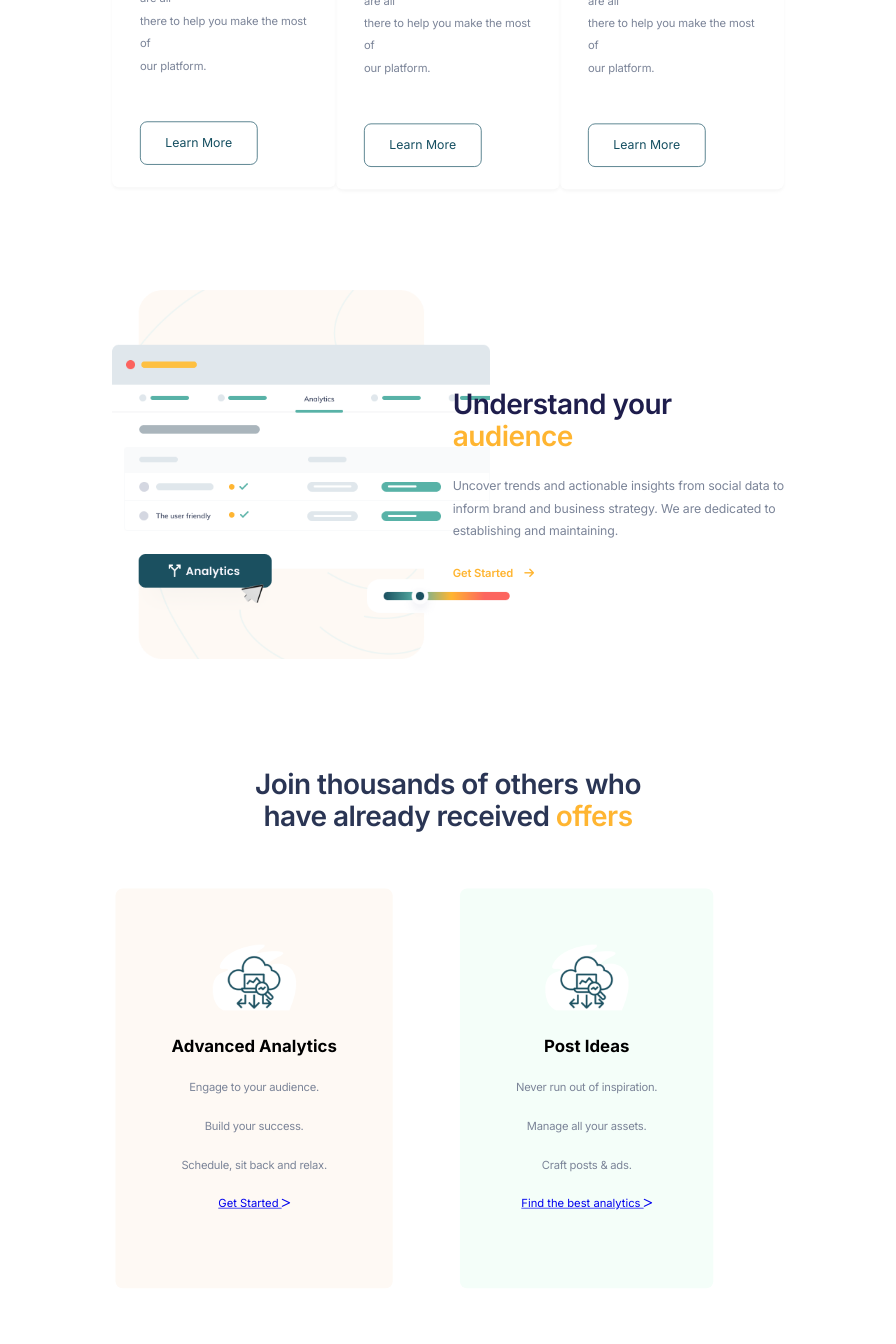
Repository: badhon252/Clickbay
Page: index.html
An editor plug-in stored every save of this project. The page is shown before and after the next save, followed by the edit.
The browser window is 1280 px wide. The pictures show the part of the page from y = 1779 to 3699 px (the page is 3699 px tall before and 3667 px after), at 70% of full size.
The style sheet was rebuilt from its Sass, Less or Tailwind sources for each picture, by a compiler version that may differ from the author's.

Above is the page before, as saved 2022-09-05 03:24:41.

### index.html
<!DOCTYPE html>
<html lang="en">

<head>
    <meta charset="UTF-8">
    <meta http-equiv="X-UA-Compatible" content="IE=edge">
    <meta name="viewport" content="width=device-width, initial-scale=1.0">
    <!-- fontawesome cdn  -->
    <link rel="stylesheet" href="https://cdnjs.cloudflare.com/ajax/libs/font-awesome/6.2.0/css/all.min.css">
    <link rel="stylesheet" href="./scss/style.css">
    <title>Clickbay</title>
</head>

<body>
    <header class="">
        <img src="./images/Group 676.svg" alt="" class="header-img">
        <div class="container">


            <nav class="navbar">
                <div class="navbar_brand">
                    <img src="./images/logo.svg" alt="Image not found!">
                </div>

                <ul class="nav">
                    <li class="nav-items"><a href="" class="nav-links">Solutions</a></li>
                    <li class="nav-items"><a href="" class="nav-links">Company</a></li>
                    <li class="nav-items"><a href="" class="nav-links">Platform</a></li>
                </ul>

                <div class="nav-btns">
                    <button class="btn nav-log">Log in</button>
                    <button class="btn nav-start">Get Started</button>
                </div>
            </nav>

            <div class="header-content">
                <h1 class="h1 my-4 text-center">
                    Perfect media with <br> perfect Partner , we!!
                </h1>
                <img src="./images/Vector 735.png" alt="" class="signature text-center">
                <p class="text-center">Collaborate with your clients and teams to plan, post, and measure.</p>

                <div class="company-stat">
                    <div class="row">
                        <div class="col-md-4">
                            <img src="./images/Group 689.png" class="" alt="">
                        </div>
                        <div class="col-md-4 subscriber">
                            <span class="">+99</span>
                            <div>
                                <h2>People subscribed today</h2>
                                <img src="./images/Group 678.png" alt="">
                            </div>
                        </div>
                        <div class="col-md-4 follow">
                            <div class="follower">

                                <img src="./images/Group 1037.svg" alt="">
                                <div>
                                    <h3>2.938</h3>
                                    <p>Followers gained after this post</p>
                                </div>
                            </div>
                            <div class="following">
                                <img src="./images/Group 1041.svg" alt="">
                            </div>
                        </div>
                    </div>
                </div>

                <img src="./images/Group 933.png" alt="" class="group-933">

            </div>
        </div>
    </header>

    <section class="second_section container">
        <h2 class="h2 my-3">
            Streamline your social media <br> management <span> workflow.</span>
        </h2>
        <div class="row">

            <div class="card">
                <img src="./images/Show.svg" class="my-1" alt="">
                <h3 class="my-1">Post review</h3>
                <p class="my-1">Regular training webinars, live chat, <br> and a library of how-to articles are all<br>
                    there to help
                    you make
                    the most of<br> our platform.</p><button class="btn">
                    <a href="#">Learn More</a>
                </button>
            </div>

            <div class="card">
                <img src="./images/Category.svg" class="my-1" alt="">
                <h3 class="my-1">Smart Queues</h3>
                <p class="my-1">Regular training webinars, live chat, <br> and a library of how-to articles are all<br>
                    there to help
                    you make
                    the most of<br> our platform.</p><button class="btn">
                    <a href="#">Learn More</a>
                </button>
            </div>

            <div class="card">
                <img src="./images/Chart.svg" class="my-1" alt="">
                <h3 class="my-1">Smart Queues</h3>
                <p class="my-1">Regular training webinars, live chat, <br> and a library of how-to articles are all<br>
                    there to help
                    you make
                    the most of<br> our platform.</p><button class="btn">
                    <a href="#">Learn More</a>
                </button>
            </div>

        </div>

    </section>

    <section class="third_section container">
        <div class="row my-5">
            <div class="col-md-6"><img src="./images/Group 703.png" alt=""></div>
            <div class="col-md-6 third_section_texts">
                <h2 class="my-2">Understand your <br> <span> audience</span> </h2>
                <p>Uncover trends and actionable insights from social data to <br>inform brand and business strategy.
                    We are
                    dedicated to
                    <br>establishing and maintaining.
                </p>
                <div class="my-2">
                    <a href="#">Get Started<i class="fa-solid fa-arrow-right"></i></a>
                </div>
            </div>
        </div>
    </section>

    <section class="fourth_section container">
        <h1 class="my-3">Join thousands of others who <br> have already received <span> offers</span> </h1>
        <div class="row my-5">
            <div class="col-md-6 card analytics">
                <img src="./images/Group 951.png" alt="">
                <h2 class="my-2">
                    Advanced Analytics
                </h2>
                <p class="my-2">Engage to your audience.</p>
                <p class="my-2">Build your success.</p>
                <p class="my-2">Schedule, sit back and relax.</p>

                <div class="my-2">
                    <a href="#">Get Started <i class="fa-regular fa-greater-than"></i></a>
                </div>
            </div>
            <div class="col-md-6 card ideas">
                <img src="./images/Group 951.png" alt="">
                <h2 class="my-2">
                    Post Ideas
                </h2>
                <p class="my-2">Never run out of inspiration.</p>
                <p class="my-2">Manage all your assets.</p>
                <p class="my-2">Craft posts & ads.</p>

                <div class="my-2">
                    <a href="#">Find the best analytics <i class="fa-regular fa-greater-than"></i></a>
                </div>
            </div>
        </div>
    </section>
</body>

</html>

### scss/style.scss
@import url("https://fonts.googleapis.com/css2?family=Inter:wght@400;600;700;800;900&display=swap");
* {
  margin: 0;
  padding: 0;
  box-sizing: border-box;
  font-family: "Inter", sans-serif;
  // font-family: 'Poppins';
}
.container {
  margin: 0 10rem;
}
.btn {
  outline: none;
  border: none;
  padding: 15px 30px;
  font-size: 1rem;
  background-color: transparent;
  cursor: pointer;
}
.h1 {
  font-size: 4rem;
}
.text-center {
  text-align: center;
}
// margin
.my-1 {
  margin: 1rem 0;
}
.my-2 {
  margin: 2rem 0;
}
.my-3 {
  margin: 3rem 0;
}
.my-4 {
  margin: 4rem 0;
}
.my-5 {
  margin: 5rem 0;
}

span {
  color: #ffb531;
}
// grid system using flex
.row {
  display: flex;
  justify-content: space-between;
  max-width: 100%;
  .col-md-6 {
    max-width: 50%;
  }
}
//==============================
//===================
//==============================

header {
  .row {
    display: flex;
    justify-content: space-evenly;
    align-items: center;
  }
  background-color: #fdf9f4;
  min-height: 100vh;
  position: relative;
  overflow: hidden;

  .header-img {
    position: absolute;
    bottom: 0;
    right: 0;
    z-index: 1;
    width: 100%;
  }
  .navbar {
    color: #282b4d;
    padding: 2rem 0;
    display: flex;
    justify-content: space-between;
    align-items: center;
    font-weight: 500;
    .nav {
      display: flex;
      .nav-items {
        margin-left: 3rem;
        list-style-type: none;
        .nav-links {
          text-decoration: none;
          color: black;
          font-size: 1.1rem;
          font-weight: 500;
        }
      }
    }

    .nav-start {
      border: 1px solid #1a5365;
      box-shadow: 0px 25px 35px -20px rgba(232, 236, 243, 0.5);
      border-radius: 10px;
      color: #154f61;
      font-weight: 600;
      margin-left: 10px;
    }
  }

  .header-content {
    .h1 {
      font-weight: 800;
      margin-bottom: -0.6rem;
      color: #12163c;
    }
    .signature {
      display: block;
      margin: 0 auto;
      transform: translateX(217px);
    }
    p {
      font-size: 1.2rem;
      font-weight: 500;
      line-height: 27px;
      color: #12163c94;
    }

    .company-stat {
      transform: translateY(-120px);
      .subscriber {
        display: flex;
        align-items: center;
        background-color: #fff;
        padding: 1.5rem;
        border-radius: 22px;
        span {
          font-weight: 600;
          font-size: 40px;
          line-height: 60px;
          background-color: #fef9f4;
          color: #ffb531;
          padding: 10px;
          border-radius: 15px;
          margin-right: 1.5rem;
        }
        h2 {
          font-size: 1.1rem;
          font-weight: 600;
          padding-bottom: 1rem;
        }
      }

      .follow {
        position: relative;
        z-index: 11;

        .follower {
          display: flex;
          align-items: center;
          background-color: #fff;
          padding: 1.5rem;
          border-radius: 22px;
          img {
            padding-right: 1rem;
          }
          h3 {
            font-size: 1.1rem;
          }
          p {
            font-size: 14px;
          }
        }
        .following {
          position: absolute;
          top: 42px;
          right: -70px;
        }
      }
    }

    .group-933 {
      position: relative;
      margin: 0 auto;
      top: -240px;
      display: block;
      z-index: 9999;
    }
  }
}

.second_section {
  padding: 4rem 0;
  .row {
    display: flex;
    justify-content: space-between;
    align-items: center;
  }
  h2 {
    font-size: 2.5rem;
    font-weight: 600;
    span {
      color: #ffb531;
    }
  }

  .card {
    padding: 1rem 2.5rem;
    border-radius: 10px;

    box-shadow: rgba(0, 0, 0, 0.04) 0px 3px 5px;
    &:hover {
      box-shadow: rgba(17, 17, 26, 0.05) 0px 4px 16px,
        rgba(17, 17, 26, 0.05) 0px 8px 32px;
    }
    img {
      background-color: #336675;
      padding: 1rem;
      border-radius: 50%;
    }

    h3 {
      font-size: 1.4rem;
      font-weight: 600;
      line-height: 29px;
    }

    p {
      line-height: 32px;
      letter-spacing: -0.01em;
      color: #7b8498;
      margin-bottom: 3rem;
    }

    .btn {
      border: 1px solid #1a5365;
      border-radius: 10px;
      padding: 15px 35px;
      margin: 1rem 0;
      // display: none;

      &:hover {
        background-color: #000;
      }
      &:hover a {
        background-color: #000;
        color: #fff;
      }
      a {
        text-decoration: none;
        color: #154f61;
        line-height: 30px;
        font-size: 1.1rem;
        &:hover {
          background-color: #000;
          color: #fff;
        }
      }
    }
    // &:hover .btn {
    //   display: block;
    // }
  }
}

.third_section {
  overflow: hidden;

  h2 {
    color: #1e1d4c;
    font-weight: 600;
    font-size: 2.5rem;
    line-height: 46px;

    /* or 128% */
    letter-spacing: -0.02em;
  }
  p {
    font-size: 1.1rem;
    line-height: 32px;
    letter-spacing: -0.01em;
    color: #7b8498;
  }

  a {
    font-weight: 600;
    font-size: 16px;
    line-height: 24px;
    letter-spacing: -0.01em;
    color: #ffb531;
    text-decoration: none;
    &:hover {
      color: #ffa200;
      text-decoration: underline;
    }
    i {
      margin: 0 1rem;
    }
  }

  .third_section_texts {
    align-self: center;
  }
}

.fourth_section {
  text-align: center;
  h1 {
    font-weight: 600;
    font-size: 2.5rem;
    line-height: 46px;
    text-align: center;
    letter-spacing: -0.02em;
    color: #2a3554;
  }
  .row {
    justify-content: center;
    .card {
      margin-right: 6rem;
      padding: 5rem;
      p {
        font-size: 1rem;
        line-height: 24px;
        letter-spacing: -0.02em;

        color: #7b8498;
      }
    }
    .analytics {
      background: #fef9f4;
      border-radius: 10px;
    }
    .ideas {
      background: #f4fef9;
      border-radius: 10px;
    }
  }
}

After the next save:
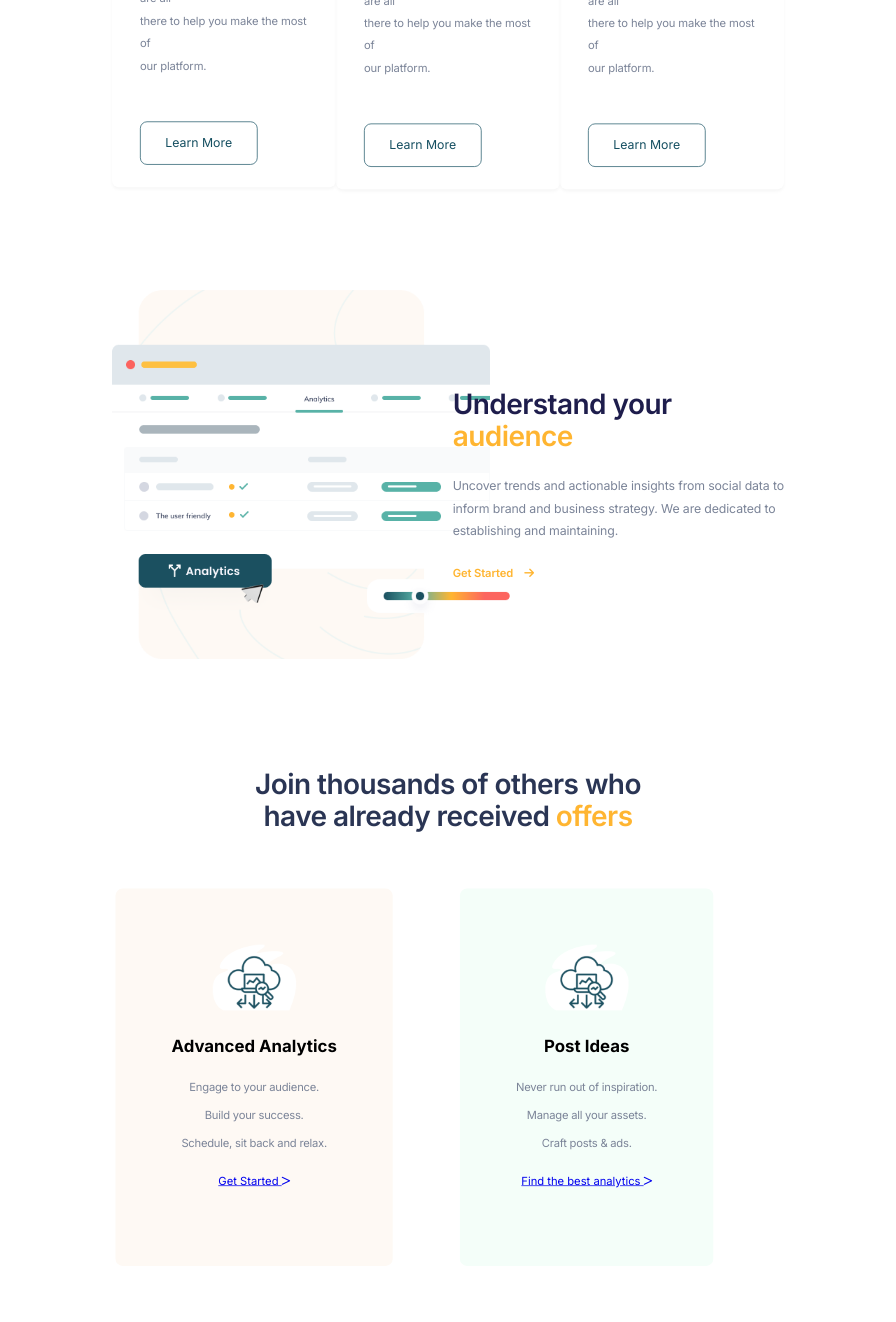
Saved 21 s later.
--- a/index.html
+++ b/index.html
@@ -143,9 +143,9 @@
                 <h2 class="my-2">
                     Advanced Analytics
                 </h2>
-                <p class="my-2">Engage to your audience.</p>
-                <p class="my-2">Build your success.</p>
-                <p class="my-2">Schedule, sit back and relax.</p>
+                <p class="my-1">Engage to your audience.</p>
+                <p class="my-1">Build your success.</p>
+                <p class="my-1">Schedule, sit back and relax.</p>
 
                 <div class="my-2">
                     <a href="#">Get Started <i class="fa-regular fa-greater-than"></i></a>
@@ -156,9 +156,9 @@
                 <h2 class="my-2">
                     Post Ideas
                 </h2>
-                <p class="my-2">Never run out of inspiration.</p>
-                <p class="my-2">Manage all your assets.</p>
-                <p class="my-2">Craft posts & ads.</p>
+                <p class="my-1">Never run out of inspiration.</p>
+                <p class="my-1">Manage all your assets.</p>
+                <p class="my-1">Craft posts & ads.</p>
 
                 <div class="my-2">
                     <a href="#">Find the best analytics <i class="fa-regular fa-greater-than"></i></a>
